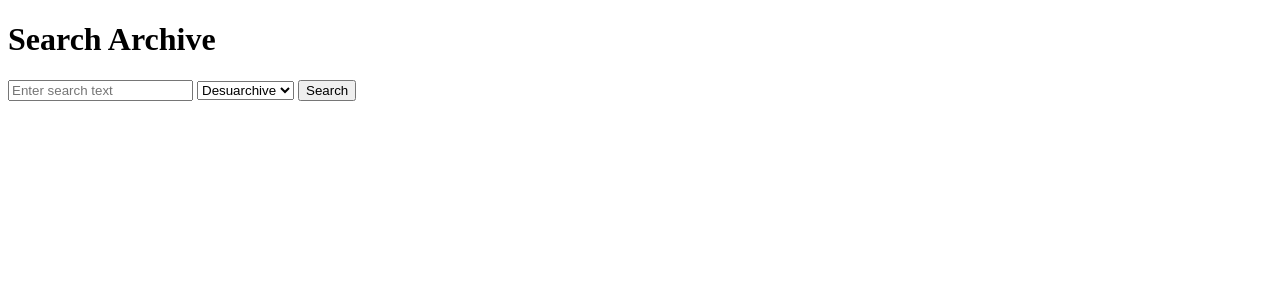
Repository: Halffd/forarchives
Page: index.html
The author's editor kept a copy of each file at every save. The page is drawn from the files as they stood at one save, then again after the next save.
The browser window is 1280 px wide. The pictures show the whole page.

Above is the page before, as saved 2024-11-03 06:26:27.

### index.html
<!DOCTYPE html>
<html lang="en">
<head>
    <meta charset="UTF-8">
    <title>MoeSearcher</title>
</head>
<body>
    <h1>Search Archive</h1>
    <form id="searchForm">
        <input type="text" name="query" placeholder="Enter search text" required>
        <select name="archive">
            <option value="0">Desuarchive</option>
            <option value="1">Palanq</option>
            <option value="2">Moe</option>
            <option value="3">4plebs</option>
            <option value="4">b4k</option>
        </select>
        <button type="submit">Search</button>
    </form>
    <div id="results"></div>

    <script>
        document.getElementById('searchForm').addEventListener('submit', async function(e) {
            e.preventDefault();
            const formData = new FormData(this);
            const response = await fetch('/search', {
                method: 'POST',
                body: new URLSearchParams(formData)
            });
            const result = await response.json();
            displayResults(result);
        });

        function displayResults(data) {
            const resultsDiv = document.getElementById('results');
            resultsDiv.innerHTML = '';
            if (data.error) {
                resultsDiv.textContent = "Error: " + data.error;
            } else if (data.results.length > 0) {
                data.results.forEach(post => {
                    const postDiv = document.createElement('div');
                    postDiv.innerHTML = `<strong>Post:</strong> ${post.comment || "No Comment"}<br><strong>Timestamp:</strong> ${post.timestamp}`;
                    resultsDiv.appendChild(postDiv);
                });
            } else {
                resultsDiv.textContent = "No results found.";
            }
        }
    </script>
</body>
</html>

After the next save:
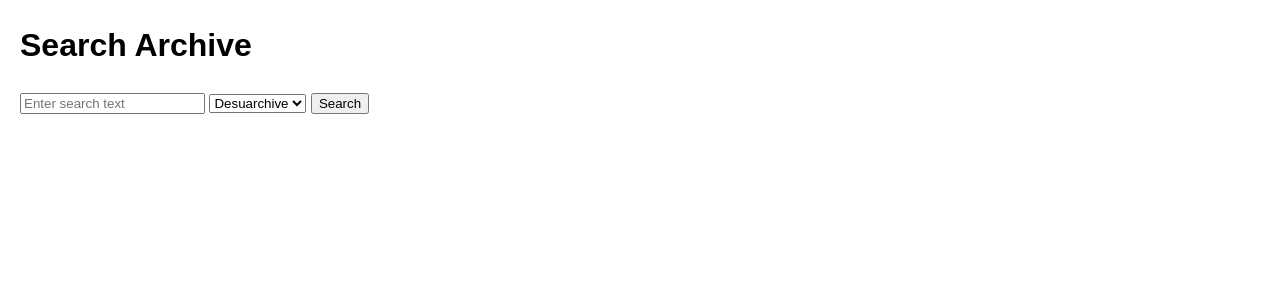
Saved 2 min 50 s later.
--- a/index.html
+++ b/index.html
@@ -3,6 +3,36 @@
 <head>
     <meta charset="UTF-8">
     <title>MoeSearcher</title>
+    <style>
+        body {
+            font-family: Arial, sans-serif;
+            margin: 20px;
+            line-height: 1.5;
+        }
+        #results {
+            margin-top: 20px;
+        }
+        .result-container {
+            border: 1px solid #ccc;
+            padding: 15px;
+            margin-bottom: 15px;
+            background-color: #f9f9f9;
+            border-radius: 8px;
+        }
+        .result-title {
+            font-weight: bold;
+            font-size: 1.1em;
+            color: #333;
+        }
+        .result-meta {
+            color: #555;
+            font-size: 0.9em;
+            margin-bottom: 10px;
+        }
+        .result-comment {
+            margin-top: 10px;
+        }
+    </style>
 </head>
 <body>
     <h1>Search Archive</h1>
@@ -39,7 +69,20 @@
             } else if (data.results.length > 0) {
                 data.results.forEach(post => {
                     const postDiv = document.createElement('div');
-                    postDiv.innerHTML = `<strong>Post:</strong> ${post.comment || "No Comment"}<br><strong>Timestamp:</strong> ${post.timestamp}`;
+                    postDiv.classList.add('result-container');
+
+                    postDiv.innerHTML = `
+                        <div class="result-title">Post ID: ${post.num}</div>
+                        <div class="result-meta">
+                            <span><strong>Thread Number:</strong> ${post.thread_num}</span> |
+                            <span><strong>Timestamp:</strong> ${new Date(post.timestamp * 1000).toLocaleString()}</span>
+                        </div>
+                        <div class="result-comment"><strong>Comment:</strong> ${post.comment || "No Comment"}</div>
+                        <div class="result-media">
+                            ${post.media ? `<strong>Media:</strong> <a href="${post.media}" download>Download</a>` : ""}
+                        </div>
+                    `;
+
                     resultsDiv.appendChild(postDiv);
                 });
             } else {
